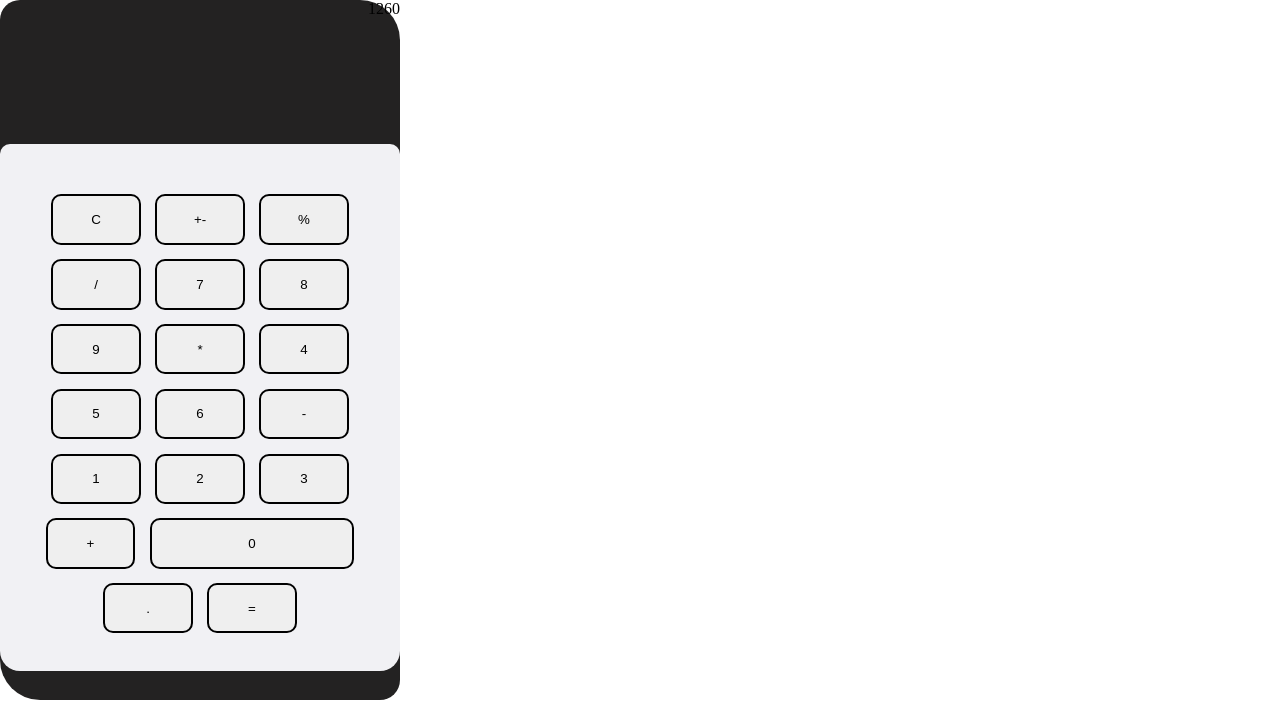
Repository: BrunoBross/calculator
Page: index.html
An editor plug-in stored every save of this project. The page is shown before and after the next save, followed by the edit.
The browser window is 1280 px wide. The pictures show the whole page.

Above is the page before, as saved 2021-11-30 23:00:46.

After the next save:
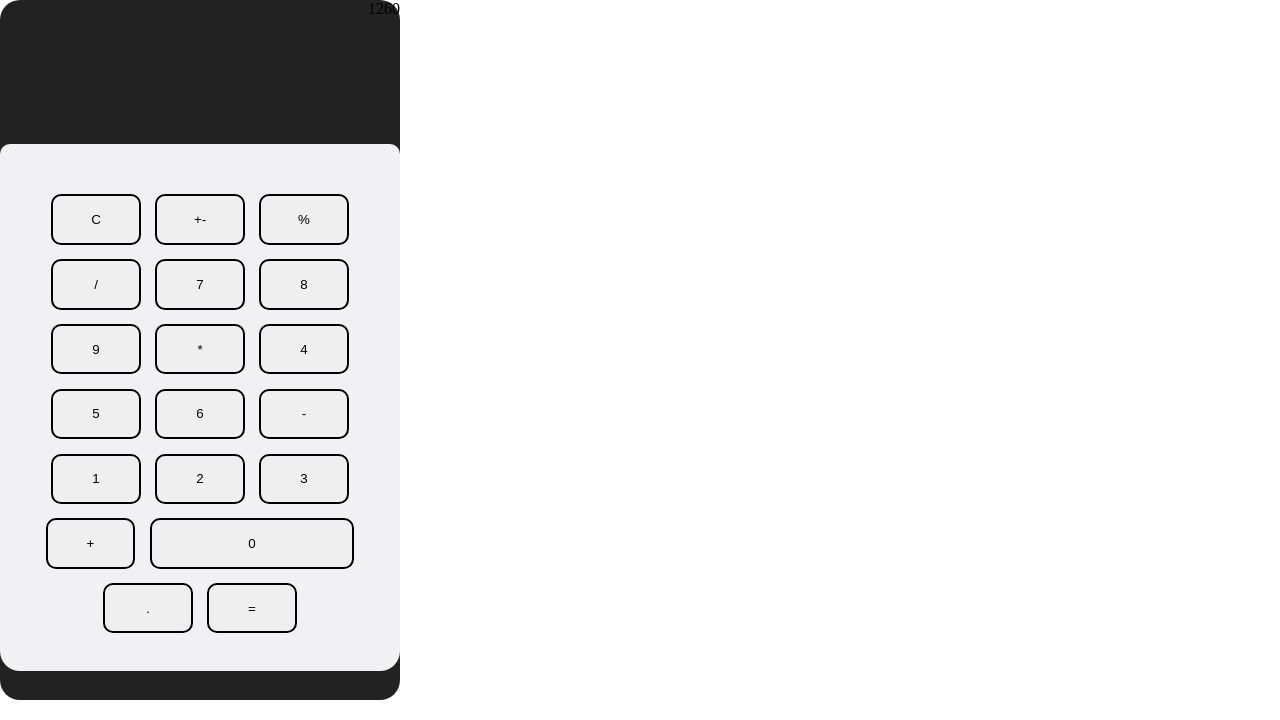
Saved 6 s later.
--- a/style.css
+++ b/style.css
@@ -9,7 +9,7 @@
   flex-direction: column;
   width: 400px;
   height: 700px;
-  border-radius: 20px 40px;
+  border-radius: 20px;
 }
 
 .view{
